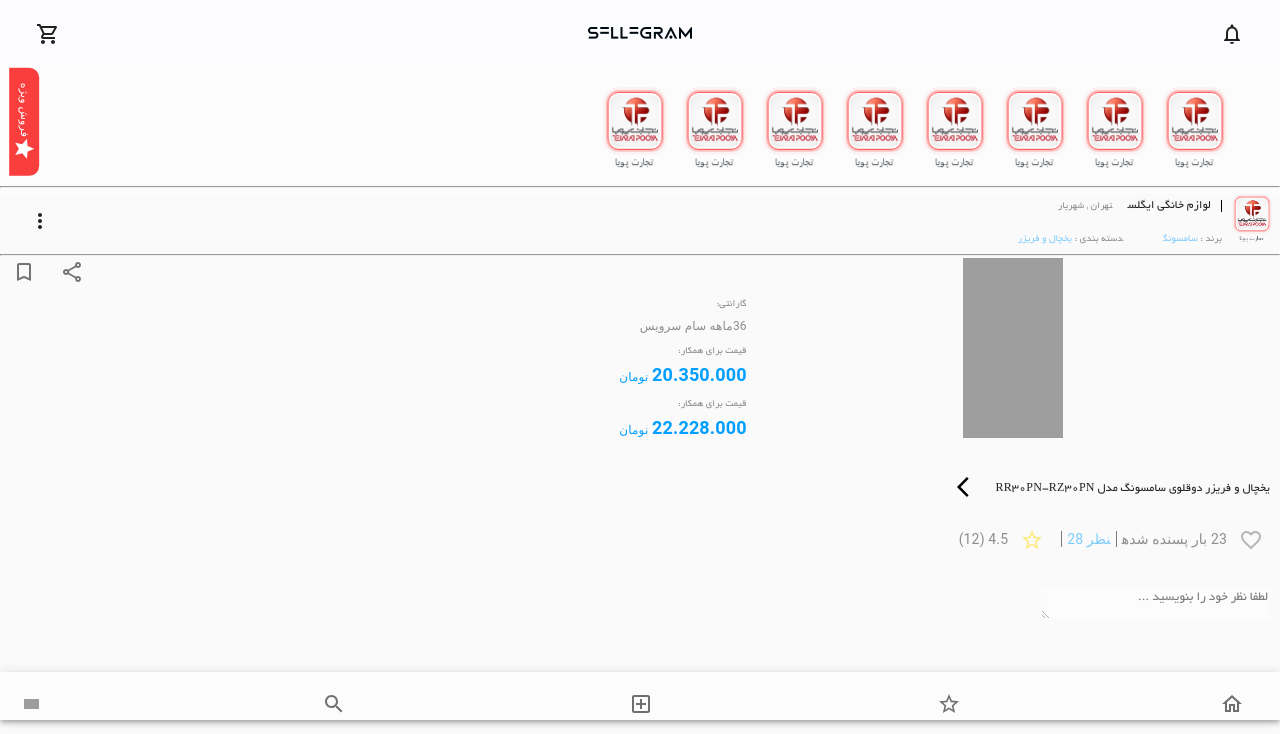
Repository: sadegh1379/selegram
Page: /
An editor plug-in stored every save of this project. The page is shown before and after the next save, followed by the edit.
The browser window is 1280 px wide. The pictures show the whole page.
Pictures or frames that could not be fetched are drawn as grey boxes. The project was rebuilt for these pictures with package versions that can differ from the ones it lists, and the page was loaded fresh each time. Also part of the build but not shown: src/components/login/Login.js, src/components/login/LoginOne.js, src/components/login/LoginThree.js.

Above is the page before, as saved 2020-09-09 16:36:29.

### public/index.html
<!DOCTYPE html>
<html lang="en">
  <head>
    <meta charset="utf-8" />
    <link rel="icon" href="%PUBLIC_URL%/favicon.ico" />
    <meta
      name="viewport"
      content="minimum-scale=1, initial-scale=1, width=device-width"
    />
    <meta name="theme-color" content="#000000" />
    <meta
      name="description"
      content="Web site created using create-react-app"
    />
    <link rel="apple-touch-icon" href="%PUBLIC_URL%/logo192.png" />
    <!--
      manifest.json provides metadata used when your web app is installed on a
      user's mobile device or desktop. See https://developers.google.com/web/fundamentals/web-app-manifest/
    -->
    <link rel="manifest" href="%PUBLIC_URL%/manifest.json" />
    <!--
      Notice the use of %PUBLIC_URL% in the tags above.
      It will be replaced with the URL of the `public` folder during the build.
      Only files inside the `public` folder can be referenced from the HTML.

      Unlike "/favicon.ico" or "favicon.ico", "%PUBLIC_URL%/favicon.ico" will
      work correctly both with client-side routing and a non-root public URL.
      Learn how to configure a non-root public URL by running `npm run build`.
    -->
    <title>React App</title>
  </head>
  <body dir="rtl">
    <noscript>You need to enable JavaScript to run this app.</noscript>
    <div id="root"></div>
    <!--
      This HTML file is a template.
      If you open it directly in the browser, you will see an empty page.

      You can add webfonts, meta tags, or analytics to this file.
      The build step will place the bundled scripts into the <body> tag.

      To begin the development, run `npm start` or `yarn start`.
      To create a production bundle, use `npm run build` or `yarn build`.
    -->
  </body>
</html>

### src/index.js
import React from 'react';
import ReactDOM from 'react-dom';
import App from './App';
import { createMuiTheme, ThemeProvider } from '@material-ui/core/styles';
import RTL from './RTL';
import {BrowserRouter as Router} from 'react-router-dom';
// import '../node_modules/bootstrap/dist/css/bootstrap.css';
import {DataProvider} from './context'

const theme = createMuiTheme({
  direction: 'rtl', // Both here and <body dir="rtl">
});

ReactDOM.render(
      <ThemeProvider theme={theme}>
                      <RTL>
                          <Router>
                              <DataProvider>
                                    <App />
                              </DataProvider>
                          </Router>
                      </RTL>
      </ThemeProvider>
  ,
  document.getElementById('root')
);

### src/App.js
import React from 'react';
import './App.css';
import {Switch , Route} from 'react-router-dom';

import Login from './components/login/Login';
import LoginOne from './components/login/LoginOne';
import LoginThree from './components/login/LoginThree';
import LoginFour from './components/body/LoginFour'

function App() {
  return (
    <div className="App">
      <Switch>
        <Route exact path="/login" component={(props)=><Login {...props}/>} />
        <Route exact path="/login-1" component={(props)=><LoginOne {...props}/>} />
        <Route exact path="/login-3" component={(props)=><LoginThree {...props}/>} />
        <Route exact path="/" component={(props)=><LoginFour {...props}/>} />
      </Switch>
    </div>
  );
}

export default App;

### src/RTL.js
import React from 'react'
import { create } from 'jss';
import rtl from 'jss-rtl';
import { StylesProvider, jssPreset } from '@material-ui/core/styles';

// Configure JSS
const jss = create({ plugins: [...jssPreset().plugins, rtl()] });

function RTL(props) {
  return (
    <StylesProvider jss={jss}>
      {props.children}
    </StylesProvider>
  );
}

export default RTL;

### src/context.js
import React , {createContext ,Component}  from 'react';

const context = createContext()

 class DataProvider extends Component {
    constructor(props){
        super(props);

        this.state={
            kala:[{
                name:'sadegh',
                img:'./img/kala.png'
            },
            {
                name:'sadegh',
                img:'./img/kala.png'
            },
            {
                name:'sadegh',
                img:'./img/kala.png'
            },
            {
                name:'sadegh',
                img:'./img/kala.png'
            },
            {
                name:'sadegh',
                img:'./img/kala.png'
            },
            {
                name:'sadegh',
                img:'./img/kala.png'
            },
            {
                name:'sadegh',
                img:'./img/kala.png'
            },
            {
                name:'sadegh',
                img:'./img/kala.png'
            }
        ],
        select:'./img/ice.png'
        }
    }
    render() {
        return (
            <context.Provider value={{
                    ...this.state
            }}>
                {this.props.children}
            </context.Provider>
        )
    }
}

const DataConsumer = context.Consumer;

export { DataProvider , DataConsumer , context};

### src/App.css
@font-face {
    font-family: BYekan;
    src: url('./font/BYekan.ttf') , url('./font/BYekan.eot') , url('./font/BYekan.woff');
  }

html , body , #root{
    margin: 0px ;
    padding:0px;

}
.font-yekan{
    font-family: BYekan !important;
  }
label{
    color:#034DA2 !important;
    font-size: 14px;

    font-weight: small !important;

    margin-right: 10px;
    font-family: BYekan !important;
}

.color-text{
  color:#404D66
}

.no-scroll::-webkit-scrollbar{
  display: none;

}
.no-scroll{
  -ms-overflow-style: none ;
  scrollbar-width: none;
}

.lighblue{
  color:#009FFF;
}
.font-10-px{
  font-size: 10px;
}
.font-12-px{
  font-size: 12px;
}
.text-right{
  text-align: right;
}
.text-left{
  text-align: left;
}

.opacity{
  opacity: 0.5;

}

.money-color{
  color:#009FFF;
  font-size:18px;
  font-weight: bolder  ;
}

.toman-blue{
  font-size: 12px;
  color:#009FFF ;

}

### src/components/body/LoginFour.js
import React , {useContext} from 'react';
import Navbar from '../static/Navbar';
import Button from '@material-ui/core/Button';
import Grid from '@material-ui/core/Grid'
import {context} from '../../context';
import useStyles from './styles';
import StarIcon from '@material-ui/icons/Star';
import Menu from '@material-ui/core/Menu';
import MenuItem from '@material-ui/core/MenuItem';
import MoreVertIcon from '@material-ui/icons/MoreVert';
import BookmarkBorderIcon from '@material-ui/icons/BookmarkBorder';
import ShareOutlinedIcon from '@material-ui/icons/ShareOutlined';
import { IconButton } from '@material-ui/core';
import ArrowBackIosIcon from '@material-ui/icons/ArrowBackIos';
import FavoriteBorderOutlinedIcon from '@material-ui/icons/FavoriteBorderOutlined';
import BottomAppBar from '../static/BottomAppBar';
import StarBorderIcon from '@material-ui/icons/StarBorder';



function LoginFour() {
    const classes = useStyles();
    const [anchorEl, setAnchorEl] = React.useState(null);
    const [opinion , setOpinion] = React.useState('لطفا نظر خود را بنویسید ...');

    const data = useContext(context);
    console.log(data);

    // fordropdown---------

    const handleClick = (event) => {
        setAnchorEl(event.currentTarget);
      };

      const handleClose = () => {
        setAnchorEl(null);
      };

      //-------------------

    return (
        <React.Fragment>
            <Navbar/>
             <Grid className={classes.loginFour}>

                    <Grid className={classes.carouselContainer}>
                        <ul className="no-scroll" style={{display:'flex' , overflow:'scroll' , listStyle:'none' }}>
                            <span className={classes.ulf}>
                                <StarIcon/>
                                    فروش ویژه
                            </span>
                            {data.kala.map((item , i)=>{
                                return(
                                    <li style={{margin:'0px 8px' }} key={i}>
                                        <img style={{width:'64px' , height:'83px'}}  src={item.img} alt=""/>


                                    </li>
                                )
                            })
                            }
                        </ul>
                    </Grid><hr style={{margin:'-8px auto'}}/>

                    {/* information component */}

                    <Grid className={classes.informationGrid}>
                        <Grid item ><img alt="img" style={{width:'40px'}} src={data.kala[2].img}/></Grid>
                        <Grid item  className={classes.informationText}>
                            <span className="font-yekan font-12-px" style={{borderRight:'1px solid black' , paddingRight:'10px' }}>لوازم خانگی  ایگلس</span>
                            <span className="font-yekan  font-10-px" style={{marginRight:'15px' , opacity:'0.5'}}>تهران , شهریار</span><br/>
                            <span className="font-yekan font-10-px" style={{opacity:'0.5'}}>برند  :  <span className="lighblue">سامسونگ</span></span>
                            <span className="font-yekan font-10-px" style={{opacity:'0.5', marginRight:'40px'}}>دسته بندی  : <span className="lighblue">یخچال و فریزر</span></span>
                        </Grid>
                        <Grid item>
                            <div>
                                <Button aria-controls="simple-menu" aria-haspopup="true" onClick={handleClick}>
                                    <MoreVertIcon/>
                                </Button>
                                <Menu
                                    id="simple-menu"
                                    anchorEl={anchorEl}
                                    keepMounted
                                    open={Boolean(anchorEl)}
                                    onClose={handleClose}
                                >
                                    <MenuItem onClick={handleClose}>Profile</MenuItem>
                                    <MenuItem onClick={handleClose}>My account</MenuItem>
                                    <MenuItem onClick={handleClose}>Logout</MenuItem>
                                </Menu>
                            </div>
                        </Grid>
                    </Grid><hr style={{margin:'-8px auto'}}/>
                    {/* body */}
                    <Grid className={classes.body}>
                        <Grid className={classes.bodyImg} item md={5} sm={5} xs={5}>
                            <img style={{width:'100px' , height:'180px' ,imageResolution:'from-image'}} src={data.select} alt=""/>
                        </Grid>
                        <Grid item md={7} sm={7} xs={7}>
                            <div  className="text-left">
                                <IconButton>
                                    <ShareOutlinedIcon/>
                                </IconButton>
                                <IconButton>
                                    <BookmarkBorderIcon/>
                                </IconButton>

                            </div>
                            <div  style={{lineHeight:'10px'}}>
                                    <span className="font-10-px opacity font-yekan">گارانتی:</span><p className="font-12-px opacity">36ماهه سام سرویس</p>
                                    <span className="font-10-px opacity font-yekan">قیمت برای همکار:</span><p ><span className="money-color">20.350.000</span> <span className="toman-blue">نومان</span> </p>
                                    <span className="font-10-px opacity font-yekan">قیمت برای همکار:</span><p ><span className="money-color">22.228.000</span> <span className="toman-blue">نومان</span> </p>

                            </div>

                        </Grid>
                    </Grid>

                    <Grid className={classes.getArrow}>
                        <span className="font-12-px font-yekan"> یخچال و فریزر دوقلوی سامسونگ مدل RR30PN-RZ30PN </span>
                        <IconButton >
                                <ArrowBackIosIcon className={classes.color_black}/>
                        </IconButton>
                    </Grid>
                    {/* liked */}
                    <Grid className={classes.liked}>
                                <IconButton> <FavoriteBorderOutlinedIcon/></IconButton>
                                <span>23 بار پسنده شده</span>
                                <span style={{borderLeft:'1px solid black' , margin:'0 5px'}}></span>
                                <span className="lighblue lightblue">نظر 28</span>
                                <span style={{borderLeft:'1px solid black' , margin:'0 5px'}}></span>
                                <IconButton><StarBorderIcon className={classes.goldstar}/></IconButton>
                                <span>4.5 (12)</span>

                    </Grid>
                    {/* Opinion */}
                    <Grid>
                    <form style={{width:'100%' , marginTop:'10px' , padding:'10px'}}  autoComplete="off">
                        <textarea style={{border:'0px'}} onChange={(e)=>setOpinion(e.target.value)} value={opinion} className="font-yekan opacity"  id="" cols="30" rows="2"></textarea>

                    </form>
                    </Grid>



            {/* bottom app bar */}
            <BottomAppBar img={data.select}/>
        </Grid>
    </React.Fragment>
    )
}

export default LoginFour

### src/components/static/Navbar.js
import React from 'react';
import Grid from '@material-ui/core/Grid';
import useStyles from './styles';
import ShoppingCartOutlinedIcon from '@material-ui/icons/ShoppingCartOutlined';
import NotificationsOutlinedIcon from '@material-ui/icons/NotificationsOutlined';
import Button from '@material-ui/core/Button';
import logo from './img/navlogo.png'

function Navbar() {
    const classes = useStyles();
    return (
      <Grid  className={classes.navContainer}>
          <Grid>
              <Button>
                <NotificationsOutlinedIcon/>
              </Button>
          </Grid>
          <Grid className={classes.navlogo}>
              <img style={{width:'50%'}} src={logo} alt="selegram"/>
          </Grid>
          <Grid>
                <Button>
                <ShoppingCartOutlinedIcon/>
                </Button>
          </Grid>
      </Grid>
    )
}

export default Navbar

### src/components/body/styles.js
import { makeStyles } from '@material-ui/core/styles';

const useStyles = makeStyles((theme) => ({
    loginFour:{
        marginBottom:'100px',
    }
    ,
    carouselContainer:{
        backgroundColor:'#FCFCFC',
        padding:'5px'
    },
    ulf:{
        backgroundColor:'#FA3D3D',
        position:'absolute',
        left:'-30px',
        marginTop:'20px',
        padding:'15px',
        // marginLeft:'0px',
        width:'100  px',
        height:'10px',
        transform:'rotateZ(-270deg)',
        display:'flex',
        alignItems:'center',
        justifyContent:'space-between',
        fontSize:'11px',
        color:'#FFFFFF',
        borderRadius:'10px 10px 0 0',
        boxShadow:'-3px 0px 6px'
    },
    informationGrid:{
            display:'flex',
            justifyContent:'space-between',
            padding:'8px',
            alignItems:'center'
    },
    informationText :{
        lineHeight:'30px',
        width:'100%',
        margin:'0 10px',
        padding:'0px'
    },
    body:{
        // backgroundColor:'gold',
        display:'flex'
    },
    bodyImg:{
        width:'100%',
        overflow:'hidden',
        padding:'10px',
        textAlign:'center'
    },
    getArrow:{
        padding:'10px'
    },
    color_black : {
        color:'black'
      },
    liked:{

        display:'felx'
        ,alignItems:'center',
        padding:'5px',
        marginTop:'-10px',
        opacity:'0.5'
    },
    goldstar:{
        color:'gold',

    },

}))


export default useStyles;

### src/components/static/BottomAppBar.js
import React from 'react';
import { makeStyles } from '@material-ui/core/styles';
import AppBar from '@material-ui/core/AppBar';
import CssBaseline from '@material-ui/core/CssBaseline';
import Toolbar from '@material-ui/core/Toolbar';
import IconButton from '@material-ui/core/IconButton';
import AddBoxOutlinedIcon from '@material-ui/icons/AddBoxOutlined';
import SearchIcon from '@material-ui/icons/Search';
import StarBorderOutlinedIcon from '@material-ui/icons/StarBorderOutlined';
import HomeOutlinedIcon from '@material-ui/icons/HomeOutlined';

const useStyles = makeStyles((theme) => ({




  appBar: {
    top: 'auto',
    bottom: 0,
    height:'48px',
    backgroundColor:'#FCFCFC'
  },
  grow: {
    flexGrow: 1,
  },

  toolBar:{
    display:'flex',
    justifyContent:'space-between',
    alignItems:'center'
  },
  icons:{

    color:'#707070'
  }
}));

export default function BottomAppBar(props) {
  const classes = useStyles();

  return (
    <React.Fragment>
      <CssBaseline />

      <AppBar position="fixed" color="default" className={classes.appBar}>
        <Toolbar className={classes.toolBar}>
          <IconButton edge="start" color="inherit" aria-label="open drawer">
            <HomeOutlinedIcon className={classes.icons} />
          </IconButton>
          <IconButton edge="end" color="inherit">
            <StarBorderOutlinedIcon className={classes.icons}/>
          </IconButton>
          <IconButton color="inherit">
            <AddBoxOutlinedIcon className={classes.icons}/>
          </IconButton>
          <IconButton color="inherit">
            <SearchIcon className={classes.icons}/>
          </IconButton>
          <IconButton edge="start" color="inherit" aria-label="open drawer">
            <img style={{width:'14.6px'}} src={props.img} alt=""/>
          </IconButton>
        </Toolbar>
      </AppBar>
    </React.Fragment>
  );
}

### src/components/static/styles.js
import { makeStyles } from '@material-ui/core/styles';

const useStyles = makeStyles((theme) => ({
    navContainer:{
        display:'flex',
        justifyContent:'space-between',
        backgroundColor:'#FCFCFF',
        padding:'16px',
        opacity:'100%',
        alignItems:'center'
    },
    navlogo:{
        textAlign:'center'
    }
}))


export default useStyles;

After the next save:
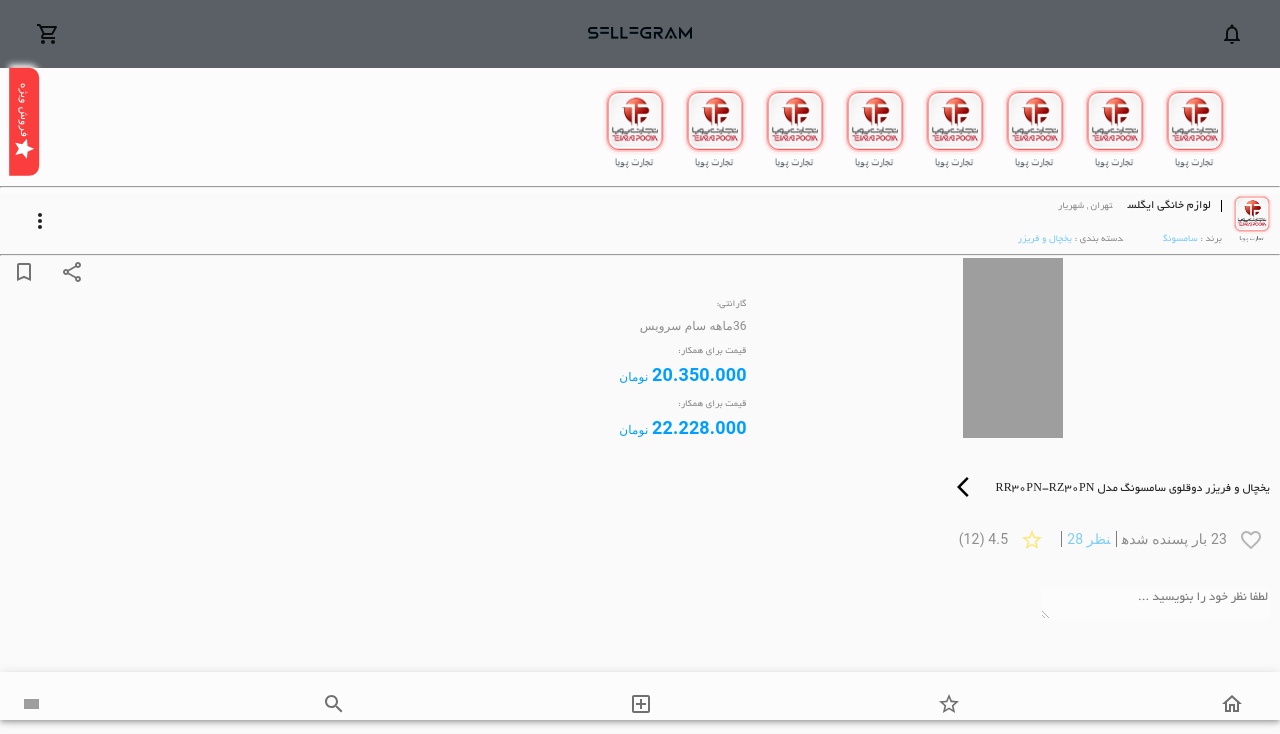
Saved 6 min 45 s later.
--- a/src/components/static/styles.js
+++ b/src/components/static/styles.js
@@ -4,7 +4,7 @@
     navContainer:{
         display:'flex',
         justifyContent:'space-between',
-        backgroundColor:'#FCFCFF',
+        backgroundColor:'#5A6065',
         padding:'16px',
         opacity:'100%',
         alignItems:'center'

After the save that followed:
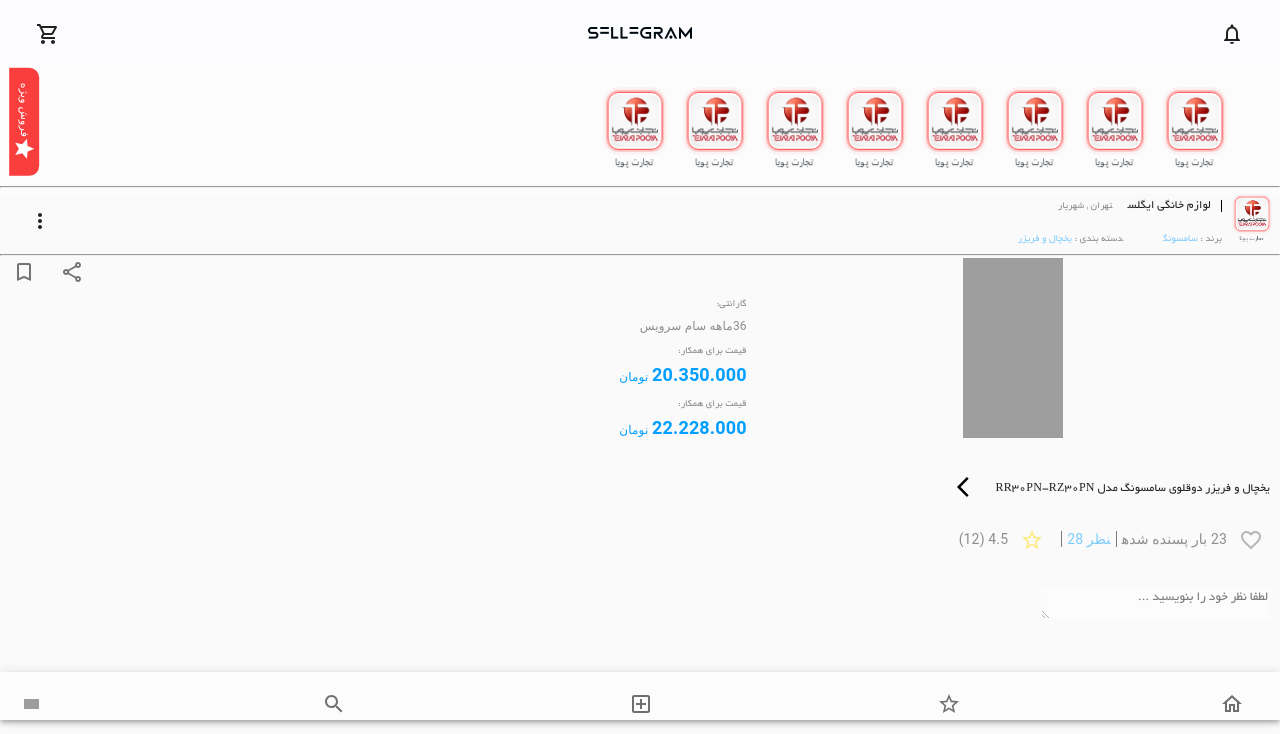
Saved 13 s later.
--- a/src/components/static/styles.js
+++ b/src/components/static/styles.js
@@ -4,7 +4,7 @@
     navContainer:{
         display:'flex',
         justifyContent:'space-between',
-        backgroundColor:'#5A6065',
+        backgroundColor:'#FCFCFF',
         padding:'16px',
         opacity:'100%',
         alignItems:'center'
